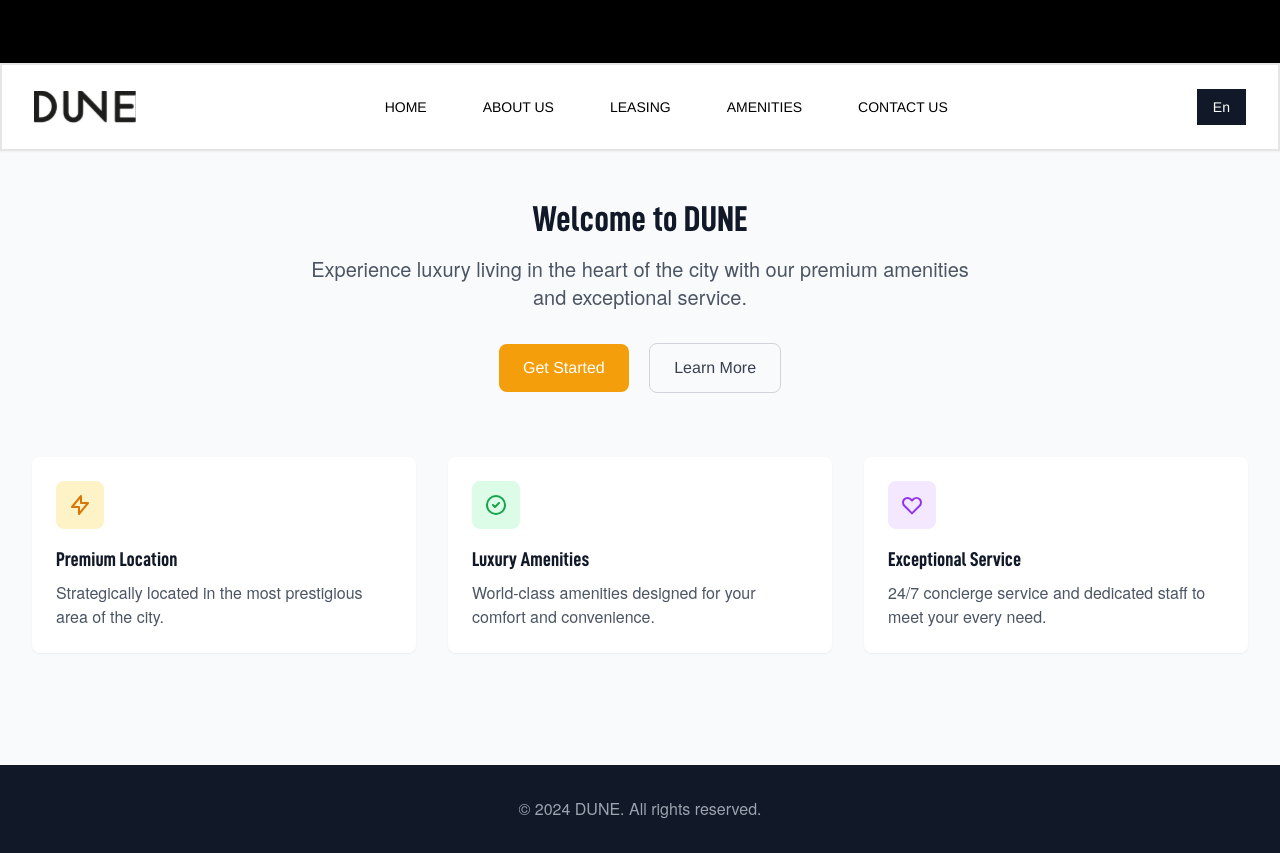
Repository: ahmedassr5765/dune
Page: index.html
These files come from the project's save history. The page is drawn as it stood at one moment and after the next save; the edit follows.
The browser window is 1280 px wide. The pictures show the whole page.
Some web fonts or font styles are not loaded; a fallback is used. Some web libraries are served in a nearby version.

Above is the page before, as saved 2025-07-12 17:44:39.

### index.html
<!DOCTYPE html>
<html lang="en" dir="ltr">
<head>
    <meta charset="UTF-8">
    <meta name="viewport" content="width=device-width, initial-scale=1.0">
    <title>DUNE</title>

    <!-- Local Fonts -->
    <style>
        @font-face {
            font-family: 'D-DIN Condensed';
            src: url('./Fonts/D-DINCondensed-Bold.otf') format('opentype');
            font-weight: 700;
            font-style: normal;
        }

        @font-face {
            font-family: 'Helvetica Neue';
            src: url('./Fonts/HelveticaNeueBlack.otf') format('opentype');
            font-weight: 400;
            font-style: normal;
        }
    </style>

    <!-- TailwindCSS -->
    <script src="https://cdn.tailwindcss.com"></script>

    <!-- TailwindCSS Configuration -->
    <script>
        tailwind.config = {
            theme: {
                extend: {
                    fontFamily: {
                        'ddin': ['D-DIN Condensed', 'sans-serif'],
                        'helvetica': ['Helvetica Neue', 'sans-serif'],
                    }
                }
            }
        }
    </script>

    <!-- Custom Styles -->
    <style>
        /* RTL Support */
        [dir="rtl"] {
            text-align: right;
        }

        [dir="rtl"] .logo {
            margin-right: 0;
            margin-left: auto;
        }

        [dir="rtl"] .nav-items {
            flex-direction: row-reverse;
            margin-left: 0;
            margin-right: auto;
        }

        [dir="rtl"] .lang-toggle {
            order: -1;
            margin-left: 0;
            margin-right: auto;
        }

        [dir="rtl"] .header-container {
            flex-direction: row-reverse;
        }

        [dir="rtl"] .nav-items a {
            margin-left: 0;
            margin-right: 2rem;
        }

        [dir="rtl"] .nav-items a:last-child {
            margin-right: 0;
        }

        /* Language Toggle Button */
        .lang-toggle {
            transition: all 0.3s ease;
        }

        .lang-toggle:hover {
            transform: scale(1.05);
        }

        /* Navigation Active State */
        .nav-active {
            color: #f59e0b;
        }

        /* RTL Animation */
        .rtl-transition {
            transition: all 0.5s ease;
        }

        /* Black Top Bar */
        .top-bar {
            background-color: #000000;
            height: 63px;
        }
    </style>
</head>
<body class="font-helvetica bg-gray-50 rtl-transition">
    <!-- Black Top Bar -->
    <div class="top-bar"></div>

    <!-- Header -->
    <header class="bg-white shadow-sm">
        <div class="max-w-8xl mx-auto px-4 border-[#E5E5E5] border-2 sm:px-6 lg:px-8">
            <div class="flex justify-between items-center py-6 header-container">
                <div class="flex items-center logo">
                    <a href="#" class="flex items-center">
                        <img src="/images/logo.svg" alt="DUNE" class="h-8 w-auto">
                    </a>
                </div>
                <nav class="hidden md:flex space-x-8 nav-items">
                    <a href="#" class="text-black hover:text-amber-500 px-3 py-2 text-sm font-medium transition-colors duration-200 nav-link" data-en="HOME" data-ar="الرئيسية">HOME</a>
                    <a href="#" class="text-black hover:text-amber-500 px-3 py-2 text-sm font-medium transition-colors duration-200 nav-link" data-en="ABOUT US" data-ar="معلومات عنا">ABOUT US</a>
                    <a href="#" class="text-black hover:text-amber-500 px-3 py-2 text-sm font-medium transition-colors duration-200 nav-link" data-en="LEASING" data-ar="الإيجار">LEASING</a>
                    <a href="#" class="text-black hover:text-amber-500 px-3 py-2 text-sm font-medium transition-colors duration-200 nav-link" data-en="AMENITIES" data-ar="الخدمات">AMENITIES</a>
                    <a href="#" class="text-black hover:text-amber-500 px-3 py-2 text-sm font-medium transition-colors duration-200 nav-link" data-en="CONTACT US" data-ar="اتصل بنا">CONTACT US</a>
                </nav>
                <div class="flex items-center lang-toggle">
                    <button id="languageToggle" class="bg-gray-900 text-white px-4 py-2 text-sm font-medium hover:bg-gray-800 transition-colors duration-200 focus:outline-none focus:ring-2 focus:ring-gray-500 focus:ring-offset-2">
                        En
                    </button>
                </div>
            </div>
        </div>
    </header>

    <!-- Main Content -->
    <main class="max-w-7xl mx-auto px-4 sm:px-6 lg:px-8 py-12">
        <!-- Hero Section -->
        <section class="text-center mb-16">
            <h2 class="text-4xl font-bold text-gray-900 font-ddin mb-4 main-title" data-en="Welcome to DUNE" data-ar="مرحباً بكم في ديون">Welcome to DUNE</h2>
            <p class="text-xl text-gray-600 mb-8 max-w-2xl mx-auto main-subtitle" data-en="Experience luxury living in the heart of the city with our premium amenities and exceptional service." data-ar="اختبر الحياة الفاخرة في قلب المدينة مع خدماتنا المتميزة والخدمة الاستثنائية.">Experience luxury living in the heart of the city with our premium amenities and exceptional service.</p>
            <div class="space-x-4">
                <button class="bg-amber-500 text-white px-6 py-3 rounded-lg font-medium hover:bg-amber-600 transition duration-200 cta-button" data-en="Get Started" data-ar="ابدأ الآن">
                    Get Started
                </button>
                <button class="border border-gray-300 text-gray-700 px-6 py-3 rounded-lg font-medium hover:bg-gray-50 transition duration-200 secondary-button" data-en="Learn More" data-ar="اعرف المزيد">
                    Learn More
                </button>
            </div>
        </section>

        <!-- Features Section -->
        <section class="grid md:grid-cols-3 gap-8 mb-16">
            <div class="bg-white p-6 rounded-lg shadow-sm">
                <div class="w-12 h-12 bg-amber-100 rounded-lg flex items-center justify-center mb-4">
                    <svg class="w-6 h-6 text-amber-600" fill="none" stroke="currentColor" viewBox="0 0 24 24">
                        <path stroke-linecap="round" stroke-linejoin="round" stroke-width="2" d="M13 10V3L4 14h7v7l9-11h-7z"></path>
                    </svg>
                </div>
                <h3 class="text-xl font-semibold text-gray-900 font-ddin mb-2 feature-title" data-en="Premium Location" data-ar="موقع مميز">Premium Location</h3>
                <p class="text-gray-600 feature-desc" data-en="Strategically located in the most prestigious area of the city." data-ar="يقع في موقع استراتيجي في أرقى مناطق المدينة.">Strategically located in the most prestigious area of the city.</p>
            </div>

            <div class="bg-white p-6 rounded-lg shadow-sm">
                <div class="w-12 h-12 bg-green-100 rounded-lg flex items-center justify-center mb-4">
                    <svg class="w-6 h-6 text-green-600" fill="none" stroke="currentColor" viewBox="0 0 24 24">
                        <path stroke-linecap="round" stroke-linejoin="round" stroke-width="2" d="M9 12l2 2 4-4m6 2a9 9 0 11-18 0 9 9 0 0118 0z"></path>
                    </svg>
                </div>
                <h3 class="text-xl font-semibold text-gray-900 font-ddin mb-2 feature-title" data-en="Luxury Amenities" data-ar="خدمات فاخرة">Luxury Amenities</h3>
                <p class="text-gray-600 feature-desc" data-en="World-class amenities designed for your comfort and convenience." data-ar="خدمات عالمية المستوى مصممة لراحتك وسهولتك.">World-class amenities designed for your comfort and convenience.</p>
            </div>

            <div class="bg-white p-6 rounded-lg shadow-sm">
                <div class="w-12 h-12 bg-purple-100 rounded-lg flex items-center justify-center mb-4">
                    <svg class="w-6 h-6 text-purple-600" fill="none" stroke="currentColor" viewBox="0 0 24 24">
                        <path stroke-linecap="round" stroke-linejoin="round" stroke-width="2" d="M4.318 6.318a4.5 4.5 0 000 6.364L12 20.364l7.682-7.682a4.5 4.5 0 00-6.364-6.364L12 7.636l-1.318-1.318a4.5 4.5 0 00-6.364 0z"></path>
                    </svg>
                </div>
                <h3 class="text-xl font-semibold text-gray-900 font-ddin mb-2 feature-title" data-en="Exceptional Service" data-ar="خدمة استثنائية">Exceptional Service</h3>
                <p class="text-gray-600 feature-desc" data-en="24/7 concierge service and dedicated staff to meet your every need." data-ar="خدمة بواب على مدار الساعة وموظفين مخصصين لتلبية جميع احتياجاتك.">24/7 concierge service and dedicated staff to meet your every need.</p>
            </div>
        </section>
    </main>

    <!-- Footer -->
    <footer class="bg-gray-900 text-white">
        <div class="max-w-7xl mx-auto px-4 sm:px-6 lg:px-8 py-8">
            <div class="text-center">
                <p class="text-gray-400 footer-text" data-en="&copy; 2024 DUNE. All rights reserved." data-ar="&copy; 2024 ديون. جميع الحقوق محفوظة.">&copy; 2024 DUNE. All rights reserved.</p>
            </div>
        </div>
    </footer>

    <!-- External JavaScript -->
    <script src="index.js"></script>
</body>
</html>

### index.js
let currentLang = 'en';
const languageToggle = document.getElementById('languageToggle');
const htmlElement = document.documentElement;

// Language toggle functionality
languageToggle.addEventListener('click', function() {
    if (currentLang === 'en') {
        // Switch to Arabic
        currentLang = 'ar';
        languageToggle.textContent = 'AR';
        htmlElement.setAttribute('lang', 'ar');
        htmlElement.setAttribute('dir', 'rtl');

        // Update all translatable elements
        updateTextContent('ar');

        // Add RTL specific classes
        document.body.classList.add('rtl-mode');

        // Update navigation spacing for RTL
        const navItems = document.querySelector('.nav-items');
        if (navItems) {
            navItems.classList.remove('space-x-8');
            navItems.classList.add('space-x-reverse', 'space-x-8');
        }

    } else {
        // Switch to English
        currentLang = 'en';
        languageToggle.textContent = 'En';
        htmlElement.setAttribute('lang', 'en');
        htmlElement.setAttribute('dir', 'ltr');

        // Update all translatable elements
        updateTextContent('en');

        // Remove RTL specific classes
        document.body.classList.remove('rtl-mode');

        // Reset navigation spacing for LTR
        const navItems = document.querySelector('.nav-items');
        if (navItems) {
            navItems.classList.remove('space-x-reverse');
            navItems.classList.add('space-x-8');
        }
    }
});

function updateTextContent(lang) {
    // Update navigation links
    const navLinks = document.querySelectorAll('.nav-link');
    navLinks.forEach(link => {
        link.textContent = link.getAttribute('data-' + lang);
    });

    // Update main title
    const mainTitle = document.querySelector('.main-title');
    if (mainTitle) {
        mainTitle.textContent = mainTitle.getAttribute('data-' + lang);
    }

    // Update main subtitle
    const mainSubtitle = document.querySelector('.main-subtitle');
    if (mainSubtitle) {
        mainSubtitle.textContent = mainSubtitle.getAttribute('data-' + lang);
    }

    // Update buttons
    const ctaButton = document.querySelector('.cta-button');
    if (ctaButton) {
        ctaButton.textContent = ctaButton.getAttribute('data-' + lang);
    }

    const secondaryButton = document.querySelector('.secondary-button');
    if (secondaryButton) {
        secondaryButton.textContent = secondaryButton.getAttribute('data-' + lang);
    }

    // Update feature titles
    const featureTitles = document.querySelectorAll('.feature-title');
    featureTitles.forEach(title => {
        title.textContent = title.getAttribute('data-' + lang);
    });

    // Update feature descriptions
    const featureDescs = document.querySelectorAll('.feature-desc');
    featureDescs.forEach(desc => {
        desc.textContent = desc.getAttribute('data-' + lang);
    });

    // Update footer text
    const footerText = document.querySelector('.footer-text');
    if (footerText) {
        footerText.innerHTML = footerText.getAttribute('data-' + lang);
    }
}

// Add smooth transitions for RTL switch
document.addEventListener('DOMContentLoaded', function() {
    // Add transition classes after page load
    setTimeout(() => {
        document.body.classList.add('rtl-transition');
    }, 100);
});

After the next save:
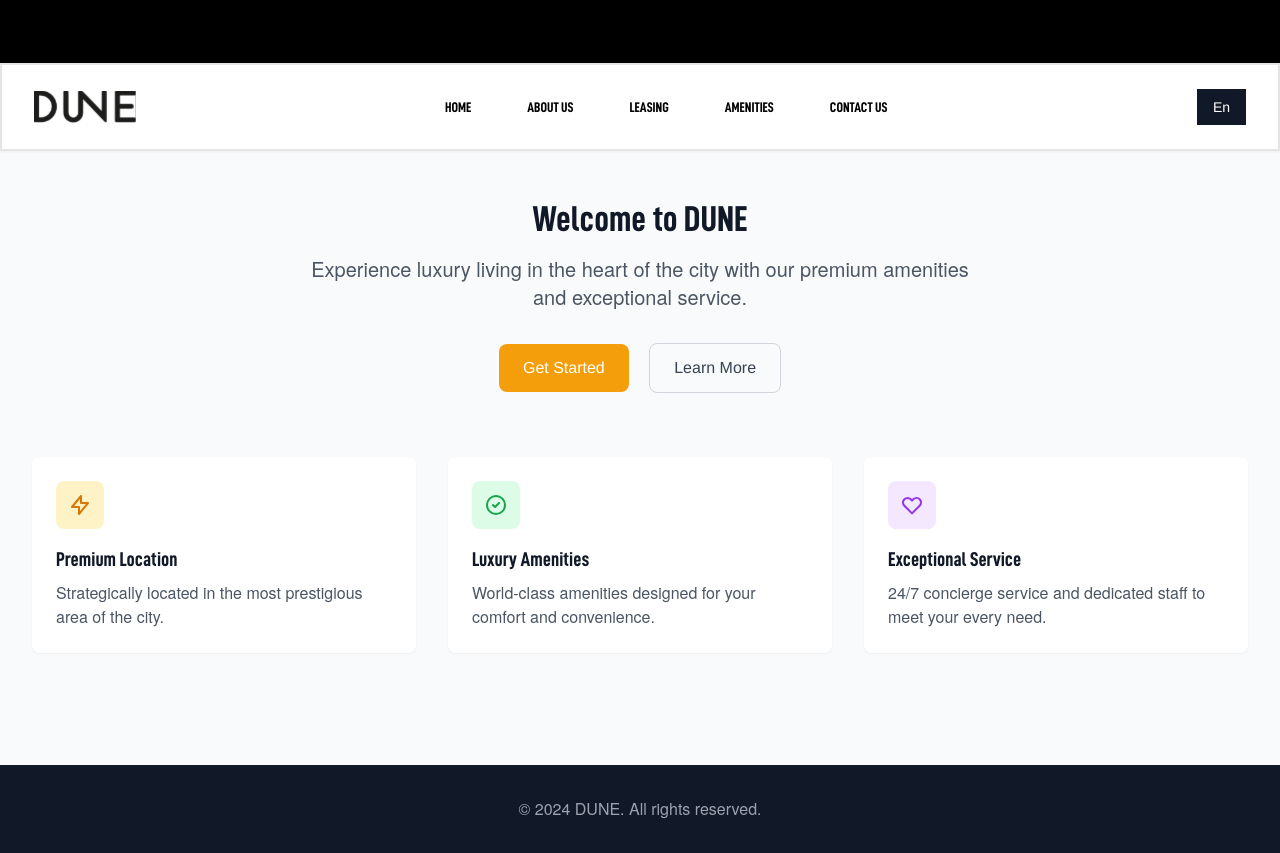
Saved 65 s later.
--- a/index.html
+++ b/index.html
@@ -116,11 +116,11 @@
                     </a>
                 </div>
                 <nav class="hidden md:flex space-x-8 nav-items">
-                    <a href="#" class="text-black hover:text-amber-500 px-3 py-2 text-sm font-medium transition-colors duration-200 nav-link" data-en="HOME" data-ar="الرئيسية">HOME</a>
-                    <a href="#" class="text-black hover:text-amber-500 px-3 py-2 text-sm font-medium transition-colors duration-200 nav-link" data-en="ABOUT US" data-ar="معلومات عنا">ABOUT US</a>
-                    <a href="#" class="text-black hover:text-amber-500 px-3 py-2 text-sm font-medium transition-colors duration-200 nav-link" data-en="LEASING" data-ar="الإيجار">LEASING</a>
-                    <a href="#" class="text-black hover:text-amber-500 px-3 py-2 text-sm font-medium transition-colors duration-200 nav-link" data-en="AMENITIES" data-ar="الخدمات">AMENITIES</a>
-                    <a href="#" class="text-black hover:text-amber-500 px-3 py-2 text-sm font-medium transition-colors duration-200 nav-link" data-en="CONTACT US" data-ar="اتصل بنا">CONTACT US</a>
+                    <a href="#" class="text-black hover:text-amber-500 px-3 py-2 text-sm font-medium font-ddin transition-colors duration-200 nav-link" data-en="HOME" data-ar="الرئيسية">HOME</a>
+                    <a href="#" class="text-black hover:text-amber-500 px-3 py-2 text-sm font-medium font-ddin transition-colors duration-200 nav-link" data-en="ABOUT US" data-ar="معلومات عنا">ABOUT US</a>
+                    <a href="#" class="text-black hover:text-amber-500 px-3 py-2 text-sm font-medium font-ddin transition-colors duration-200 nav-link" data-en="LEASING" data-ar="الإيجار">LEASING</a>
+                    <a href="#" class="text-black hover:text-amber-500 px-3 py-2 text-sm font-medium font-ddin transition-colors duration-200 nav-link" data-en="AMENITIES" data-ar="الخدمات">AMENITIES</a>
+                    <a href="#" class="text-black hover:text-amber-500 px-3 py-2 text-sm font-medium font-ddin transition-colors duration-200 nav-link" data-en="CONTACT US" data-ar="اتصل بنا">CONTACT US</a>
                 </nav>
                 <div class="flex items-center lang-toggle">
                     <button id="languageToggle" class="bg-gray-900 text-white px-4 py-2 text-sm font-medium hover:bg-gray-800 transition-colors duration-200 focus:outline-none focus:ring-2 focus:ring-gray-500 focus:ring-offset-2">
